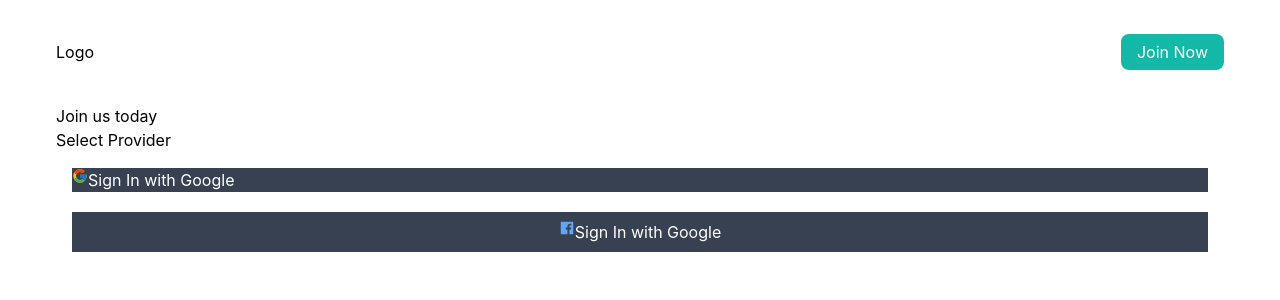
Repository: arafatmollah/auth-app
Page: /auth/login
An editor plug-in stored every save of this project. The page is shown before and after the next save, followed by the edit.
The browser window is 1280 px wide. The pictures show the whole page.
The project was rebuilt for these pictures with package versions that can differ from the ones it lists, and the page was loaded fresh each time. The framework's server and built-in components were replaced by stand-ins that run in the browser. Also part of the build but not shown: next.config.js.

Above is the page before, as saved 2022-10-03 21:13:56.

### pages/_app.js
import '../styles/globals.css'
import Layout from '../components/Layout'

function MyApp({ Component, pageProps }) {
 return(
  <Layout>
  <Component {...pageProps} />
 </Layout>
 )
}

export default MyApp

### pages/auth/login.js
import React from 'react'
import {FcGoogle} from 'react-icons/fc'
import {AiFillFacebook} from 'react-icons/ai'

export default function () {
  return (
    <div>
        <h2>Join us today</h2>
        <div>
            <p>Select Provider</p>
            <div className='flex p-4 flex-col w-50 justify-center align-middle'>
                <button className='bg-gray-700 text-white flex'>
                    <FcGoogle></FcGoogle>
                    Sign In with Google</button>
                <button className='bg-gray-700 text-white mt-5 flex align-middle justify-center p-2'>
                    <AiFillFacebook className='text-blue-400'></AiFillFacebook>
                    Sign In with Google</button>
            </div>
        </div>
    </div>
  )
}

### components/Layout.js
import React from 'react'
import Nav from './Nav'

export default function Layout({children}) {
  return (
    <div className='mx-14'>
       <Nav></Nav>
        <main>
        {children}
        </main>
        </div>
  )
}

### components/Nav.js
import React from 'react'
import Link from 'next/link'

function Nav() {
  return (
    <div>
        <nav className='flex justify-between items-center py-10'>
        <Link href="/">Logo</Link>
        <ul>
            <Link href="/auth">
            <a className='py-2 px-4 bg-teal-500 my-5 rounded-lg text-white'>Join Now</a>
            </Link>
        </ul>
        </nav>
    </div>
  )
}

export default Nav

Loaded but not shown: styles/globals.css (common file); tailwind.config.js (common file)

After the next save:
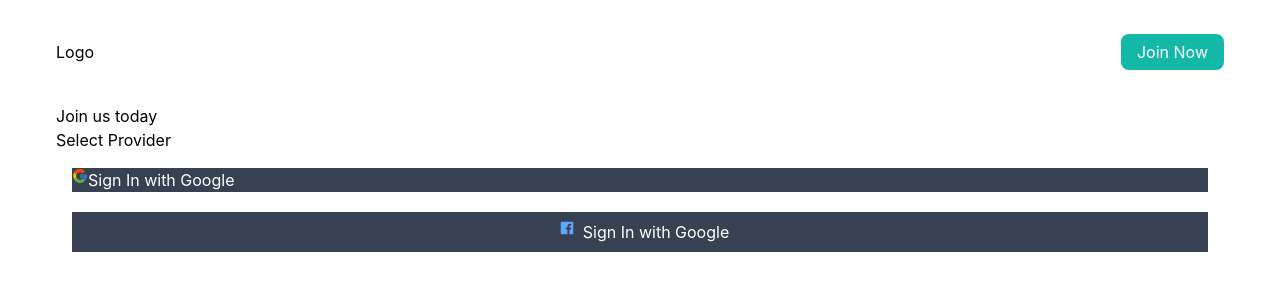
Saved 4 s later.
--- a/pages/auth/login.js
+++ b/pages/auth/login.js
@@ -13,7 +13,7 @@ export default function () {
                     <FcGoogle></FcGoogle>
                     Sign In with Google</button>
                 <button className='bg-gray-700 text-white mt-5 flex align-middle justify-center p-2'>
-                    <AiFillFacebook className='text-blue-400'></AiFillFacebook>
+                    <AiFillFacebook className='text-blue-400 mx-2'></AiFillFacebook>
                     Sign In with Google</button>
             </div>
         </div>
